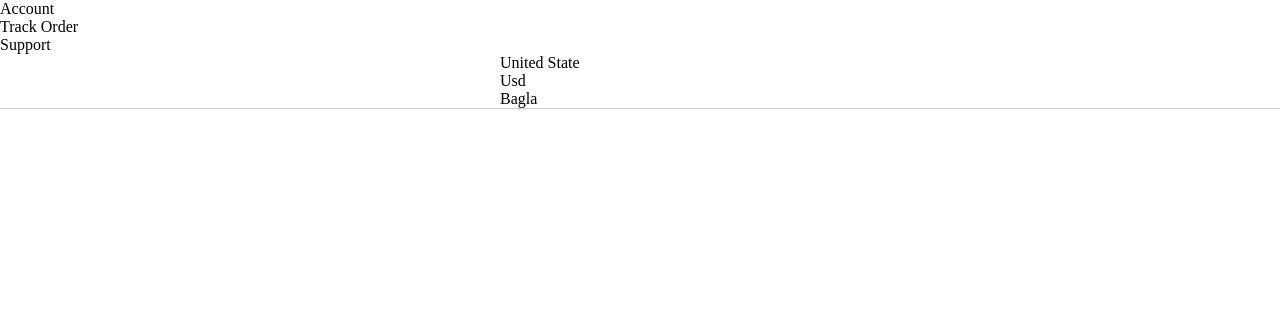
Repository: AbdulRehman787/shopo_ecommerce_web
Page: /
These files come from the project's save history. The page is drawn as it stood at one moment and after a run of saves; the edit follows.
The browser window is 1280 px wide. The pictures show the whole page.
The project was rebuilt for these pictures with package versions that can differ from the ones it lists, and the page was loaded fresh each time. Also part of the build but not shown: src/Pages/AboutUs.js, src/Pages/Blog.js, src/Pages/Contact.js.

Above is the page before, as saved 2023-11-27 18:00:23.

### src/App.js
import React from 'react'
import { BrowserRouter,Routes,Route } from 'react-router-dom'
import Home from './Pages/Home';
import AboutUs from './Pages/AboutUs';
import Blog from './Pages/Blog'
import Contact from './Pages/Contact';
const App = () => {
  return (

    <BrowserRouter>
    <Routes >
    <Route  path='/' element={<Home />} />
    <Route  path='/aboutus' element={<AboutUs />} />
    <Route  path='/blog' element={<Blog />} />
    <Route  path='/contact' element={<Contact />} />

    </Routes>
    </BrowserRouter>
  )
}

export default App

### src/Pages/Home.js
import React from 'react'
import Topheader from '../Components/Header/Topheader'
import Navbar from '../Components/Header/Navbar'
const Home = () => {
  return (
    <>
    <Topheader/>
    <Navbar />
    </>
  )
}

export default Home

### src/Components/Header/Topheader.js
import React from 'react'
import './style.css'

const one1=[
    {
        name: "Account"
    },
    {
        name: "Track Order"
    }, {
        name: "Support"
    }
]
const one2=[
    {
        name: "United State"
    },
    {
        name: "Usd "
    }, {
        name: "Bagla"
    }
]
const Topheader = () => {
  return (
    <>
    <div className='headcont1'>
    <div class="container mt-3 mb-lg-0">
  <div class="row">
    <div class="col-sm d-flex ">
      {one1.map((curelem,index)=>{
        return (
            <>

            <p className='px-3'>{curelem.name}</p>

            </>
        )
      })}
    </div>
    <div class="col-sm d-flex sam">
      {one2.map((curelem,index)=>{
        return (
            <>

            <p className='px-3'>{curelem.name}</p>

            </>
        )
      })}
    </div>

  </div>
</div>
</div>
    </>
  )
}

export default Topheader

### src/Components/Header/Navbar.js
import React from 'react'

const Navbar = () => {
  return (
    <>
    <div className='container'>

    </div>
    </>
  )
}

export default Navbar

### src/Components/Header/style.css
*{
    margin: 0;
    padding: 0;
}
.headcont1{


    border-bottom: 1px solid #ccc;
    justify-content: center !important;
    align-items: center;
}
.container{
    justify-content: center !important;

}
.sam{
    margin-left: 500px !important;
}

Loaded but not shown: src/index.js (common file)

After the next 3 saves:
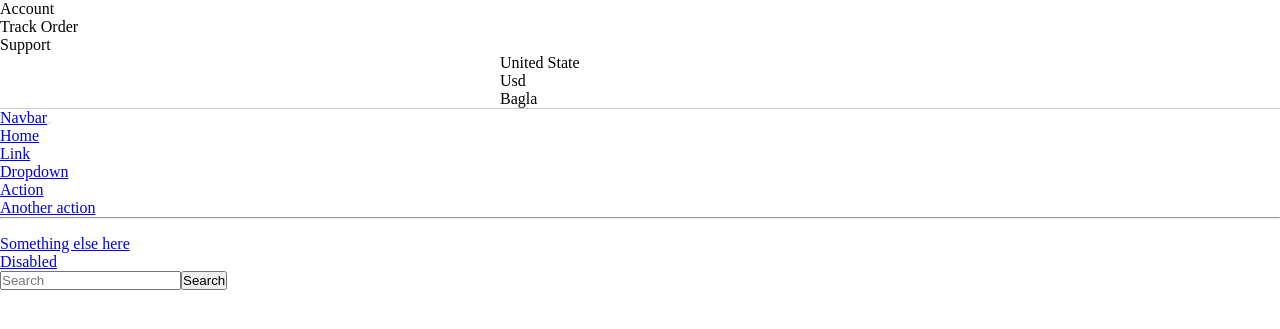
The 3 saves are shown as one change because 2 did not build or start.
The last was saved 15 s later.
--- a/src/Components/Header/Navbar.js
+++ b/src/Components/Header/Navbar.js
@@ -4,7 +4,42 @@ const Navbar = () => {
   return (
     <>
     <div className='container'>
-
+    <nav class="navbar navbar-expand-lg navbar-light bg-light">
+  <div class="container-fluid">
+    <a class="navbar-brand" href="#">Navbar</a>
+    <button class="navbar-toggler" type="button" data-bs-toggle="collapse" data-bs-target="#navbarSupportedContent" aria-controls="navbarSupportedContent" aria-expanded="false" aria-label="Toggle navigation">
+      <span class="navbar-toggler-icon"></span>
+    </button>
+    <div class="collapse navbar-collapse" id="navbarSupportedContent">
+      <ul class="navbar-nav me-auto mb-2 mb-lg-0">
+        <li class="nav-item">
+          <a class="nav-link active" aria-current="page" href="#">Home</a>
+        </li>
+        <li class="nav-item">
+          <a class="nav-link" href="#">Link</a>
+        </li>
+        <li class="nav-item dropdown">
+          <a class="nav-link dropdown-toggle" href="#" id="navbarDropdown" role="button" data-bs-toggle="dropdown" aria-expanded="false">
+            Dropdown
+          </a>
+          <ul class="dropdown-menu" aria-labelledby="navbarDropdown">
+            <li><a class="dropdown-item" href="#">Action</a></li>
+            <li><a class="dropdown-item" href="#">Another action</a></li>
+            <li><hr class="dropdown-divider" /></li>
+            <li><a class="dropdown-item" href="#">Something else here</a></li>
+          </ul>
+        </li>
+        <li class="nav-item">
+          <a class="nav-link disabled" href="#" tabindex="-1" aria-disabled="true">Disabled</a>
+        </li>
+      </ul>
+      <form class="d-flex">
+        <input class="form-control me-2" type="search" placeholder="Search" aria-label="Search" />
+        <button class="btn btn-outline-success" type="submit">Search</button>
+      </form>
+    </div>
+  </div>
+</nav>
     </div>
     </>
   )
